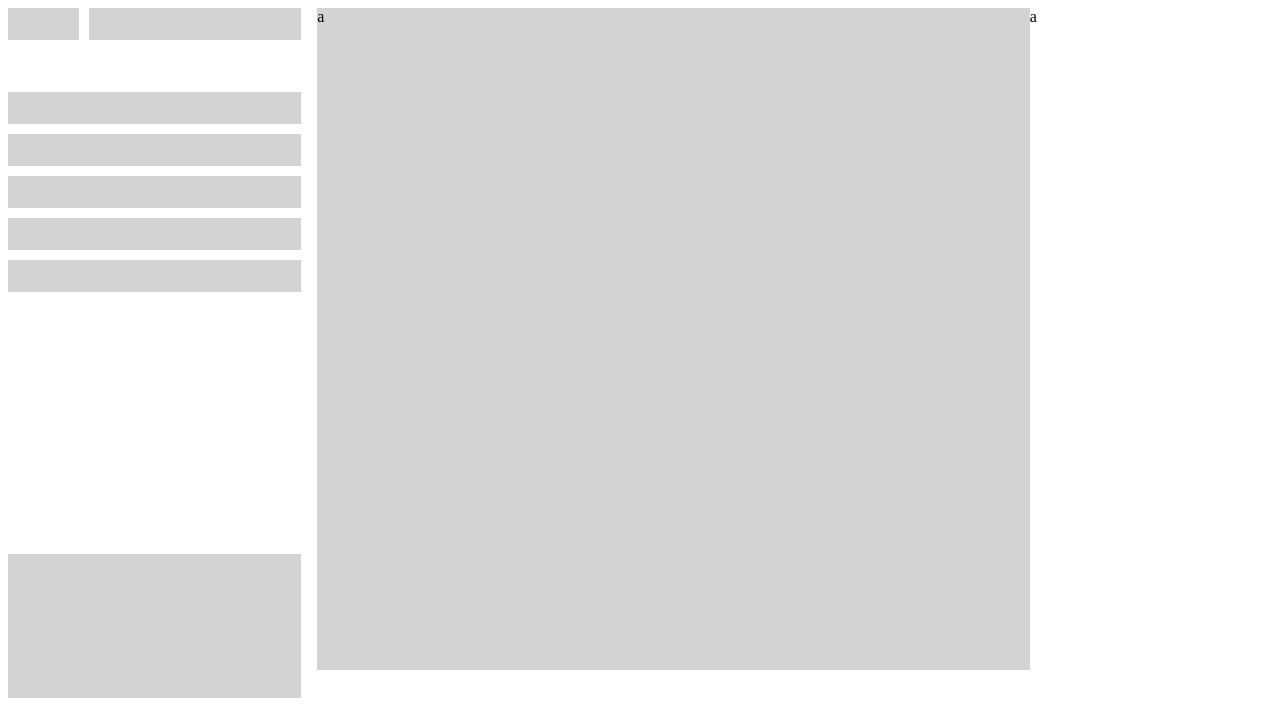
Repository: tr2cky/exercise2
Page: index.html
These files come from the project's save history. The page is drawn as it stood at one moment and after the next save; the edit follows.
The browser window is 1280 px wide. The pictures show the whole page.

Above is the page before, as saved 2022-10-01 11:43:12.

### index.html
<!DOCTYPE html>
<html lang="en">

<head>
    <meta charset="UTF-8">
    <meta http-equiv="X-UA-Compatible" content="IE=edge">
    <meta name="viewport" content="width=device-width, initial-scale=1.0">
    <link rel="stylesheet" href="style.css">
    <title>Document</title>
</head>

<body>
    <div class="container">
        <div class="side1">
        <div id="box1"></div>
        <div id="box2"></div>
        <div id="box3"></div>
        <div id="box4"></div>
        <div id="box5"></div>
        <div id="box6"></div>
        <div id="box7"></div>
        <div id="box8"></div>
        </div>
        <main>
            a
        </main>
        <div class="side2">
            a
        </div>
    </div>
</body>

</html>

### style.css
.container {
    display: flex;
    flex-direction: row;
    height: 92vh;
}
main {
    flex-grow: 3;
    background-color: lightgray;
}
.side1 {
    flex-grow: 1;
    display: grid;
    grid-template-columns: 1fr 3fr;
    grid-auto-rows: 2em;
    grid-gap: 10px;
    margin-right: 1em;
}
.side2 {
    flex-grow: 1;
}
.side1 div {
    background-color: lightgray;
}
#box1 {
    border: 1px solid lightgray;
    padding: 5px;
}
#box3{
    grid-column: 1/3;
    grid-row: 3;
}
#box4{
    grid-column: 1/3;
    grid-row: 4;
}
#box5{
    grid-column: 1/3;
    grid-row: 5;
}
#box6{
    grid-column: 1/3;
    grid-row: 6;
}
#box7{
    grid-column: 1/3;
        grid-row: 7;
}
#box8 {
    grid-column: 1/3;
    grid-row: 14;
    height: 9em;
}

After the next save:
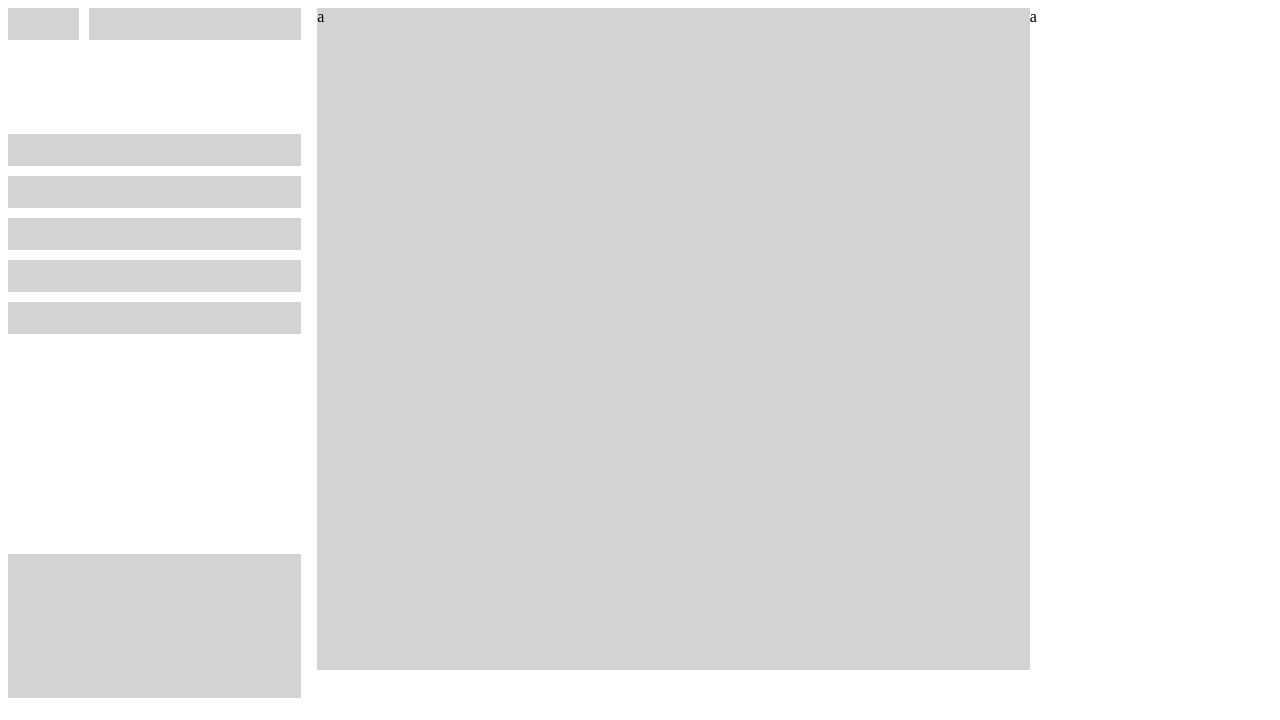
Saved 19 s later.
--- a/style.css
+++ b/style.css
@@ -27,7 +27,7 @@ main {
 }
 #box3{
     grid-column: 1/3;
-    grid-row: 3;
+    grid-row: 8;
 }
 #box4{
     grid-column: 1/3;
